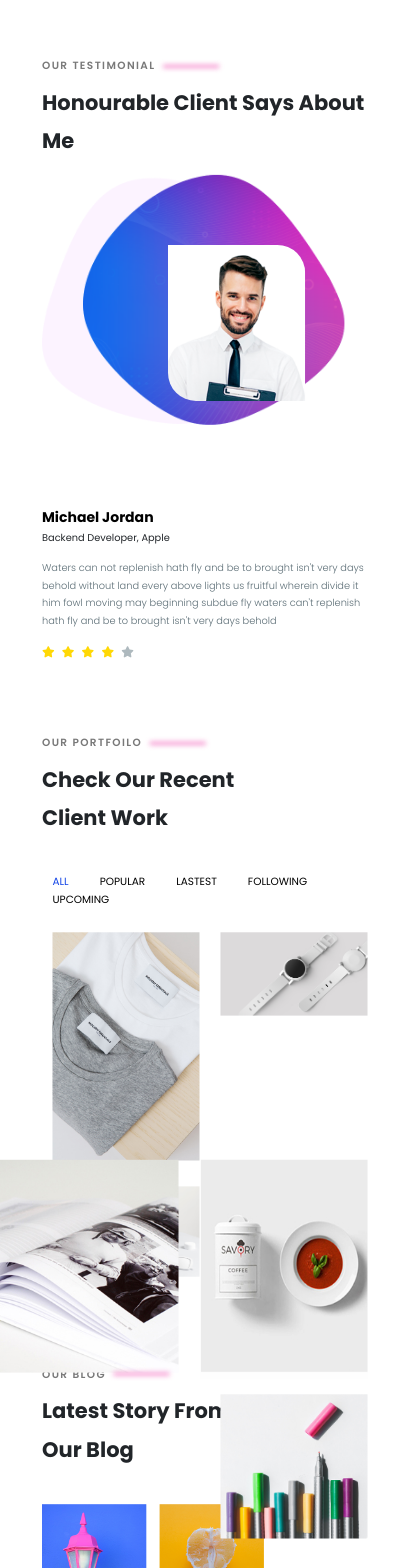
Repository: whoami2991/Sardorbek-Portfolio---Home
Page: index.html
These files come from the project's save history. The page is drawn as it stood at one moment and after the next save; the edit follows.
The browser window is 600 px wide. The pictures show the part of the page from y = 3057 to 5297 px (the page is 7671 px tall before and 7637 px after), at 70% of full size.

Above is the page before, as saved 2024-08-03 21:55:14.

After the next save:
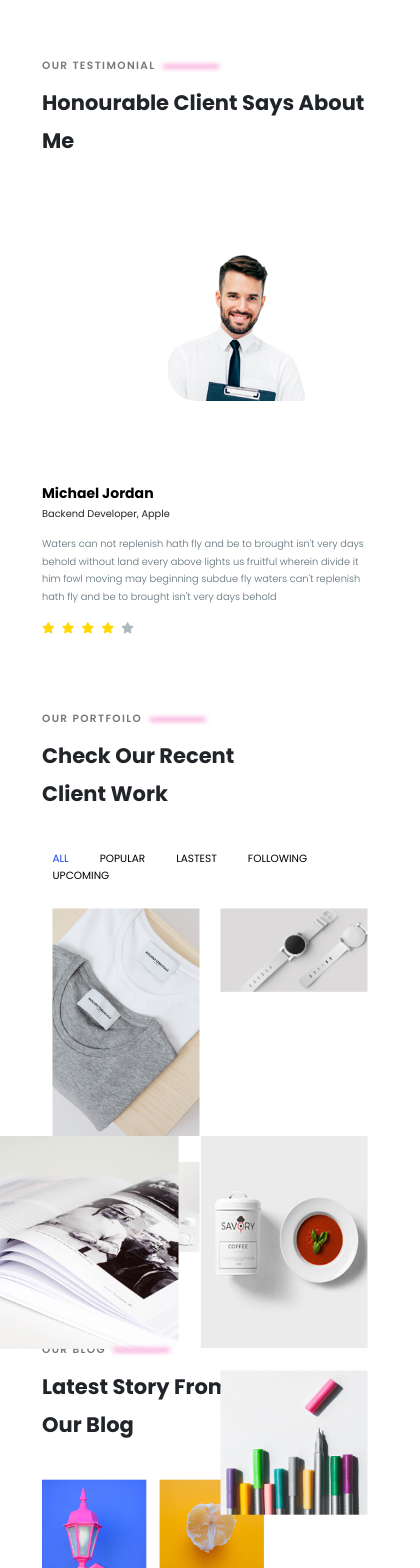
Saved 60 s later.
--- a/styles.css
+++ b/styles.css
@@ -483,4 +483,7 @@
     .client-item > div{
         width: 100%;
     }
-}
+    .client-item_banner{
+        display: none;
+    }
+}
